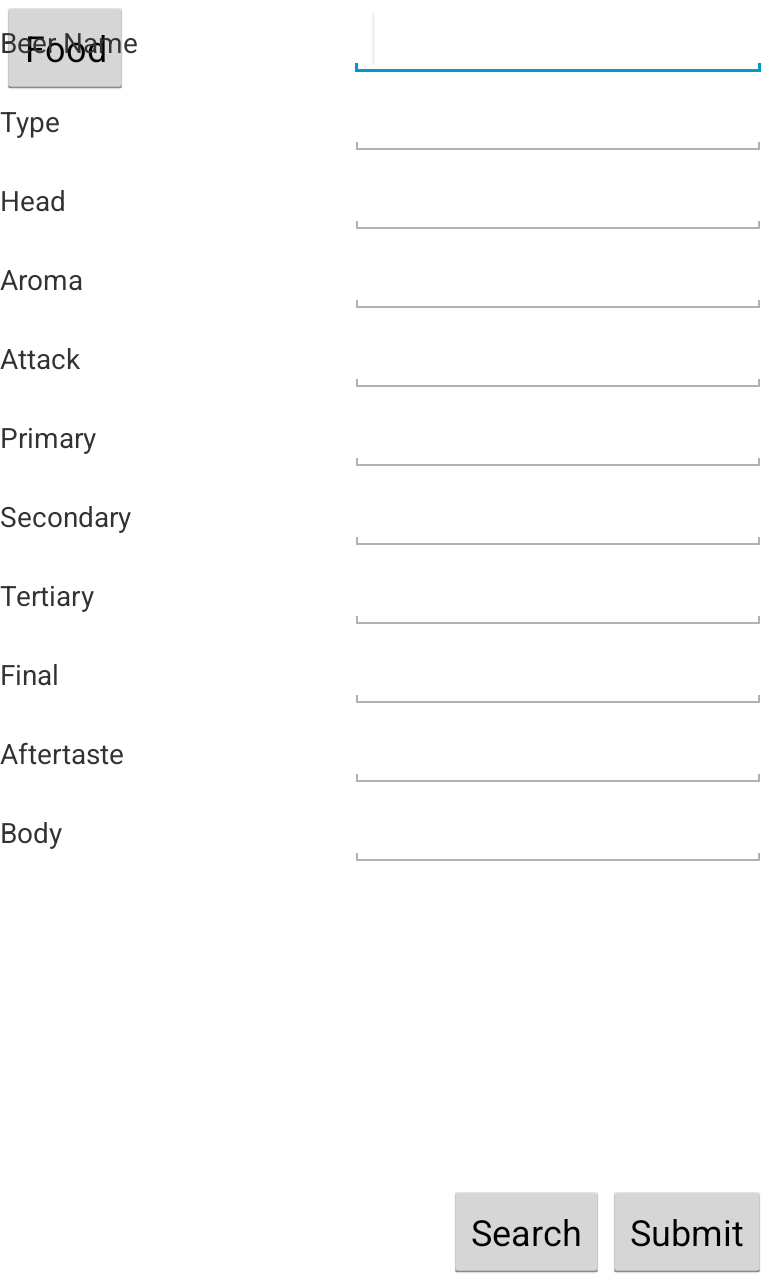
Repository: majorflight02/pairme
Layout: workspace/pairme/res/layout/fragment_beer_entry.xml
An editor plug-in stored every save of this project. The layout is shown before and after the next save, followed by the edit.
It is drawn on a 768 x 1280 px phone screen (xhdpi) without system bars, with theme AppTheme; the app's code is not run.

Above is the layout before, as saved 2013-08-25 19:05:12.

### workspace/pairme/res/layout/fragment_beer_entry.xml
<?xml version="1.0" encoding="utf-8"?>
<RelativeLayout xmlns:android="http://schemas.android.com/apk/res/android"
    android:layout_width="match_parent"
    android:layout_height="match_parent" >

    <Button
        android:id="@+id/fragment_beer_entry_food_btn"
        android:layout_width="wrap_content"
        android:layout_height="wrap_content"
        android:layout_alignParentLeft="true"
        android:layout_alignParentTop="true"
        android:text="Food" />

    <Button
        android:id="@+id/fragment_beer_entry_search_btn"
        android:layout_width="wrap_content"
        android:layout_height="wrap_content"
        android:layout_alignBaseline="@+id/fragment_beer_entry_submit_btn"
        android:layout_toLeftOf="@+id/fragment_beer_entry_submit_btn"
        android:text="Search" />

    <Button
        android:id="@+id/fragment_beer_entry_submit_btn"
        android:layout_width="wrap_content"
        android:layout_height="wrap_content"
        android:layout_alignParentRight="true"
        android:layout_alignParentBottom="true"
        android:text="Submit" />


	    <TextView
	        android:id="@+id/fragment_beer_entry_beername_textfield"
	        android:layout_width="wrap_content"
	        android:layout_height="wrap_content"
	        android:layout_alignParentTop="true"
	        android:layout_toLeftOf="fragment_beer_entry_search_btn"
	        android:layout_alignBaseline="@+id/fragment_beer_entry_beername_edittext"
	        android:text="Beer Name" />

	    <EditText
	        android:id="@+id/fragment_beer_entry_beername_edittext"
	        android:layout_width="wrap_content"
	        android:layout_height="wrap_content"
	        android:layout_alignParentTop="true"
	        android:layout_alignParentRight="true"
	        android:ems="10" >

	        <requestFocus />
	    </EditText>

	    <TextView
	        android:id="@+id/fragment_beer_entry_type_textfield"
	        android:layout_width="wrap_content"
	        android:layout_height="wrap_content"
	        android:layout_below="@+id/fragment_beer_entry_beername_textfield"
	        android:layout_alignBaseline="@+id/fragment_beer_entry_type_edittext"
	        android:text="Type" />

	    <EditText
	        android:id="@+id/fragment_beer_entry_type_edittext"
	        android:layout_width="wrap_content"
	        android:layout_height="wrap_content"
	        android:layout_below="@+id/fragment_beer_entry_beername_edittext"
	        android:layout_alignRight="@+id/fragment_beer_entry_beername_edittext"
	        android:ems="10" >

	    </EditText>

	    <TextView
	        android:id="@+id/fragment_beer_entry_head_textfield"
	        android:layout_width="wrap_content"
	        android:layout_height="wrap_content"
	        android:layout_below="@+id/fragment_beer_entry_type_textfield"
	        android:layout_alignBaseline="@+id/fragment_beer_entry_head_edittext"
	        android:text="Head" />

	    <EditText
	        android:id="@+id/fragment_beer_entry_head_edittext"
	        android:layout_width="wrap_content"
	        android:layout_height="wrap_content"
	        android:layout_below="@+id/fragment_beer_entry_type_edittext"
	        android:layout_alignRight="@+id/fragment_beer_entry_type_edittext"
	        android:ems="10" >

	    </EditText>

	    <TextView
	        android:id="@+id/fragment_beer_entry_aroma_textfield"
	        android:layout_width="wrap_content"
	        android:layout_height="wrap_content"
	        android:layout_below="@+id/fragment_beer_entry_head_textfield"
	        android:layout_alignBaseline="@+id/fragment_beer_entry_aroma_edittext"
	        android:text="Aroma" />

	    <EditText
	        android:id="@+id/fragment_beer_entry_aroma_edittext"
	        android:layout_width="wrap_content"
	        android:layout_height="wrap_content"
	        android:layout_below="@+id/fragment_beer_entry_head_edittext"
	        android:layout_alignRight="@+id/fragment_beer_entry_head_edittext"
	        android:ems="10" >

	    </EditText>

	    <TextView
	        android:id="@+id/fragment_beer_entry_attack_textfield"
	        android:layout_width="wrap_content"
	        android:layout_height="wrap_content"
	        android:layout_below="@+id/fragment_beer_entry_aroma_textfield"
	        android:layout_alignBaseline="@+id/fragment_beer_entry_attack_edittext"
	        android:text="Attack" />

	    <EditText
	        android:id="@+id/fragment_beer_entry_attack_edittext"
	        android:layout_width="wrap_content"
	        android:layout_height="wrap_content"
	        android:layout_below="@+id/fragment_beer_entry_aroma_edittext"
	        android:layout_alignRight="@+id/fragment_beer_entry_aroma_edittext"
	        android:ems="10" >

	    </EditText>

	    <TextView
	        android:id="@+id/fragment_beer_entry_primary_textfield"
	        android:layout_width="wrap_content"
	        android:layout_height="wrap_content"
	        android:layout_below="@+id/fragment_beer_entry_attack_textfield"
	        android:layout_alignBaseline="@+id/fragment_beer_entry_primary_edittext"
	        android:text="Primary" />

	    <EditText
	        android:id="@+id/fragment_beer_entry_primary_edittext"
	        android:layout_width="wrap_content"
	        android:layout_height="wrap_content"
	        android:layout_below="@+id/fragment_beer_entry_attack_edittext"
	        android:layout_alignRight="@+id/fragment_beer_entry_attack_edittext"
	        android:ems="10" >

	    </EditText>

	    <TextView
	        android:id="@+id/fragment_beer_entry_secondary_textfield"
	        android:layout_width="wrap_content"
	        android:layout_height="wrap_content"
	        android:layout_below="@+id/fragment_beer_entry_primary_textfield"
	        android:layout_alignBaseline="@+id/fragment_beer_entry_secondary_edittext"
	        android:text="Secondary" />

	    <EditText
	        android:id="@+id/fragment_beer_entry_secondary_edittext"
	        android:layout_width="wrap_content"
	        android:layout_height="wrap_content"
	        android:layout_below="@+id/fragment_beer_entry_primary_edittext"
	        android:layout_alignRight="@+id/fragment_beer_entry_attack_edittext"
	        android:ems="10" >

	    </EditText>

	    <TextView
	        android:id="@+id/fragment_beer_entry_tertiary_textfield"
	        android:layout_width="wrap_content"
	        android:layout_height="wrap_content"
	        android:layout_below="@+id/fragment_beer_entry_secondary_textfield"
	        android:layout_alignBaseline="@+id/fragment_beer_entry_tertiary_edittext"
	        android:text="Tertiary" />

	    <EditText
	        android:id="@+id/fragment_beer_entry_tertiary_edittext"
	        android:layout_width="wrap_content"
	        android:layout_height="wrap_content"
	        android:layout_below="@+id/fragment_beer_entry_secondary_edittext"
	        android:layout_alignRight="@+id/fragment_beer_entry_secondary_edittext"
	        android:ems="10" >

	    </EditText>

	    <TextView
	        android:id="@+id/fragment_beer_entry_final_textfield"
	        android:layout_width="wrap_content"
	        android:layout_height="wrap_content"
	        android:layout_below="@+id/fragment_beer_entry_tertiary_textfield"
	        android:layout_alignBaseline="@+id/fragment_beer_entry_final_edittext"
	        android:text="Final" />

	    <EditText
	        android:id="@+id/fragment_beer_entry_final_edittext"
	        android:layout_width="wrap_content"
	        android:layout_height="wrap_content"
	        android:layout_below="@+id/fragment_beer_entry_tertiary_edittext"
	        android:layout_alignRight="@+id/fragment_beer_entry_tertiary_edittext"
	        android:ems="10" >

	    </EditText>

	    <TextView
	        android:id="@+id/fragment_beer_entry_aftertaste_textfield"
	        android:layout_width="wrap_content"
	        android:layout_height="wrap_content"
	        android:layout_below="@+id/fragment_beer_entry_final_textfield"
	        android:layout_alignBaseline="@+id/fragment_beer_entry_aftertaste_edittext"
	        android:text="Aftertaste" />

	    <EditText
	        android:id="@+id/fragment_beer_entry_aftertaste_edittext"
	        android:layout_width="wrap_content"
	        android:layout_height="wrap_content"
	        android:layout_below="@+id/fragment_beer_entry_final_edittext"
	        android:layout_alignRight="@+id/fragment_beer_entry_final_edittext"
	        android:ems="10" >

	    </EditText>

	    <TextView
	        android:id="@+id/fragment_beer_entry_body_textfield"
	        android:layout_width="wrap_content"
	        android:layout_height="wrap_content"
	        android:layout_below="@+id/fragment_beer_entry_aftertaste_textfield"
	        android:layout_alignBaseline="@+id/fragment_beer_entry_body_edittext"
	        android:text="Body" />

	    <EditText
	        android:id="@+id/fragment_beer_entry_body_edittext"
	        android:layout_width="wrap_content"
	        android:layout_height="wrap_content"
	        android:layout_below="@+id/fragment_beer_entry_aftertaste_edittext"
	        android:layout_alignRight="@+id/fragment_beer_entry_aftertaste_edittext"
	        android:ems="10" >

	    </EditText>

</RelativeLayout>

Loaded but not shown: workspace/pairme/res/values/styles.xml (common file); workspace/pairme/res/values-v11/styles.xml (common file); workspace/pairme/res/values-v14/styles.xml (common file)

After the next save:
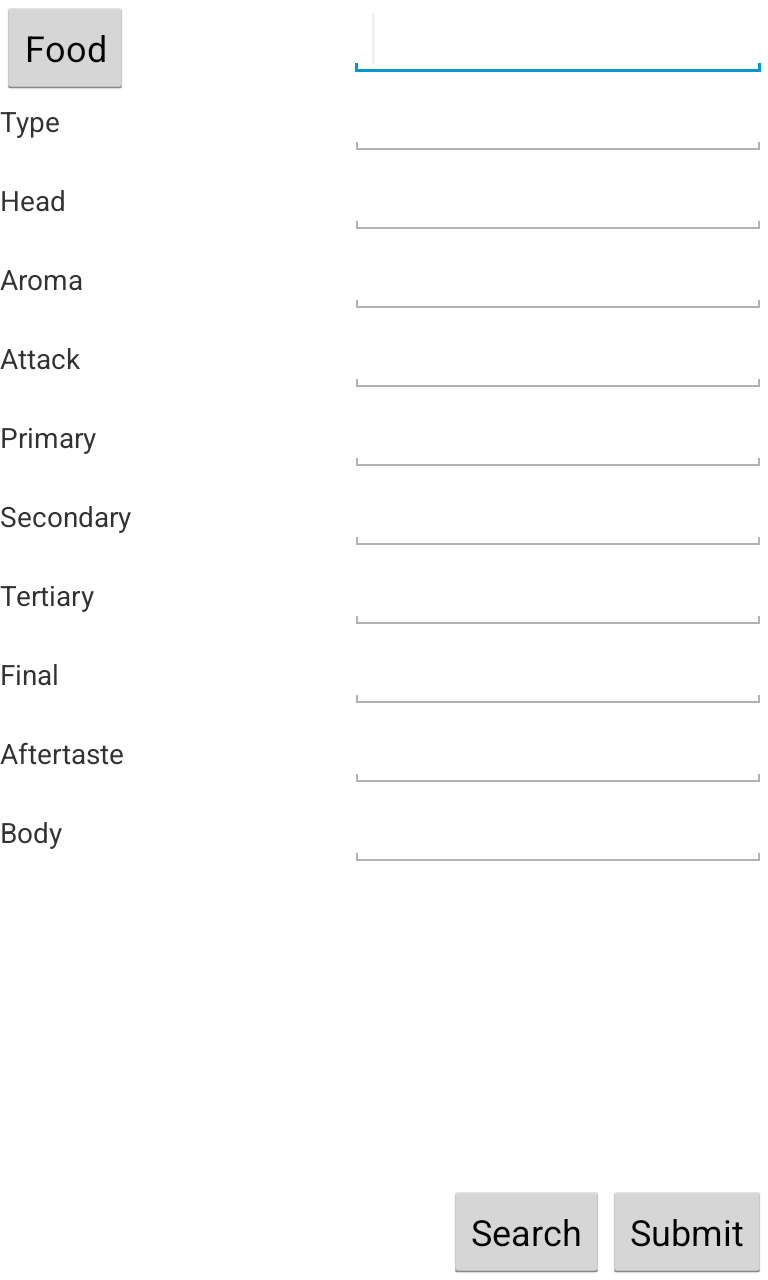
Saved 19 s later.
--- a/workspace/pairme/res/layout/fragment_beer_entry.xml
+++ b/workspace/pairme/res/layout/fragment_beer_entry.xml
@@ -33,7 +33,7 @@
 	        android:layout_width="wrap_content"
 	        android:layout_height="wrap_content"
 	        android:layout_alignParentTop="true"
-	        android:layout_toLeftOf="fragment_beer_entry_search_btn"
+	        android:layout_toLeftOf="@+id/fragment_beer_entry_food_btn"
 	        android:layout_alignBaseline="@+id/fragment_beer_entry_beername_edittext"
 	        android:text="Beer Name" />
 
